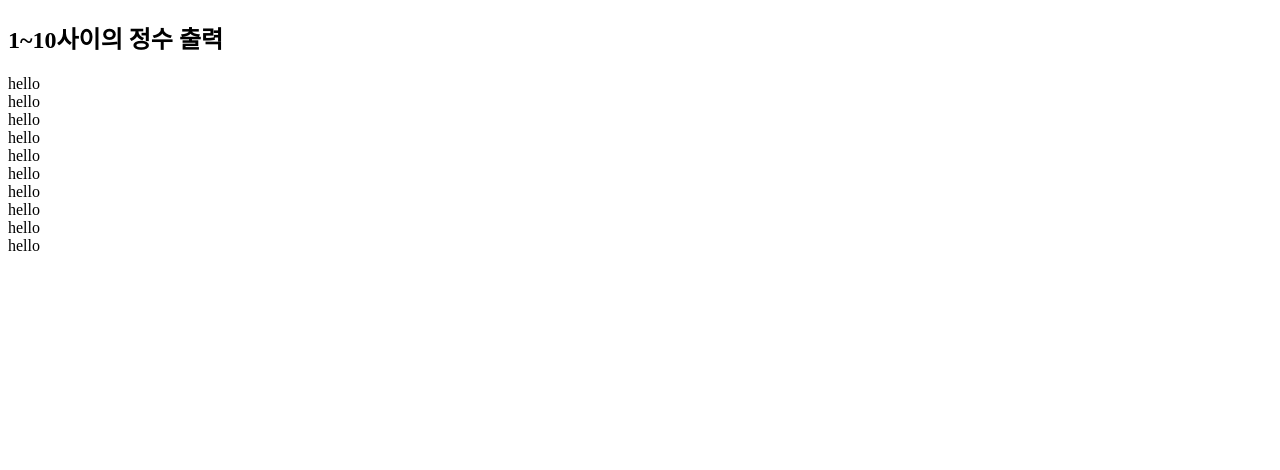
Repository: skim24245/web_workspace_src
Page: http://localhost/Lecture-Web/jsp/el/exam13.jsp
The author's editor kept a copy of each file at every save. The page is drawn from the files as they stood at one save, then again after the next save.
The browser window is 1280 px wide. The pictures show the whole page.
The page is served by Tomcat 9. Other server files are loaded and not shown.

Above is the page before, as saved 2022-06-07 07:18:23.

### Lecture-Web/src/main/webapp/jsp/el/exam13.jsp
<%@ page language="java" contentType="text/html; charset=UTF-8"
    pageEncoding="UTF-8"%>
<%@taglib prefix="c" uri="http://java.sun.com/jsp/jstl/core" %>
<!DOCTYPE html>
<html>
<head>
<meta charset="UTF-8">
<title>Insert title here</title>
</head>
<body>
<h2>1~10사이의 정수 출력</h2>
<c:forEach begin="1" end="10">
hello<br>
</c:forEach>


</body>
</html>

After the next save:
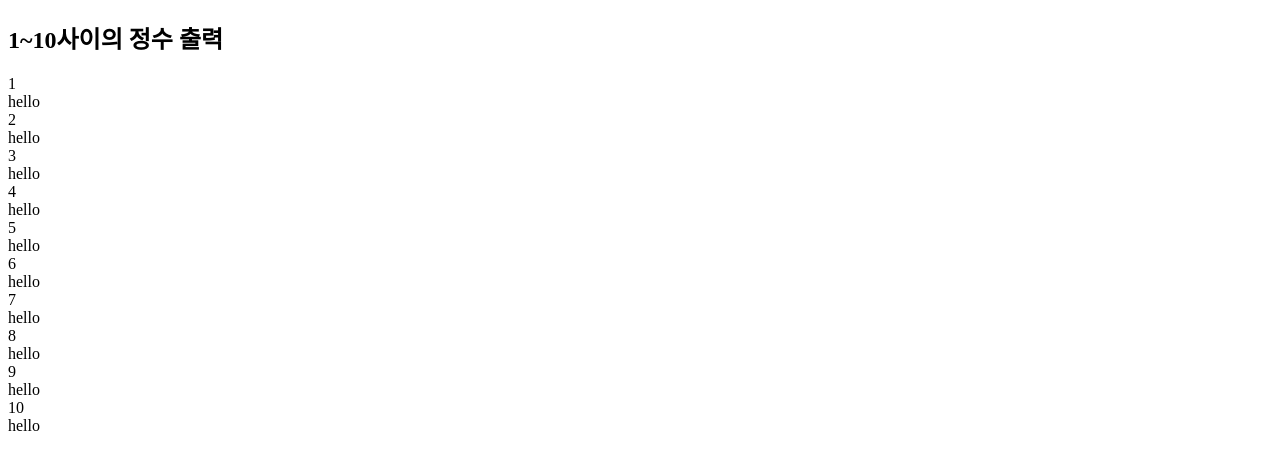
Saved 62 s later.
--- a/Lecture-Web/src/main/webapp/jsp/el/exam13.jsp
+++ b/Lecture-Web/src/main/webapp/jsp/el/exam13.jsp
@@ -9,8 +9,13 @@
 </head>
 <body>
 <h2>1~10사이의 정수 출력</h2>
-<c:forEach begin="1" end="10">
+
+
+<c:forEach begin="1" end="10" var="i">
+${i} <BR>
 hello<br>
+
+
 </c:forEach>
 
 
